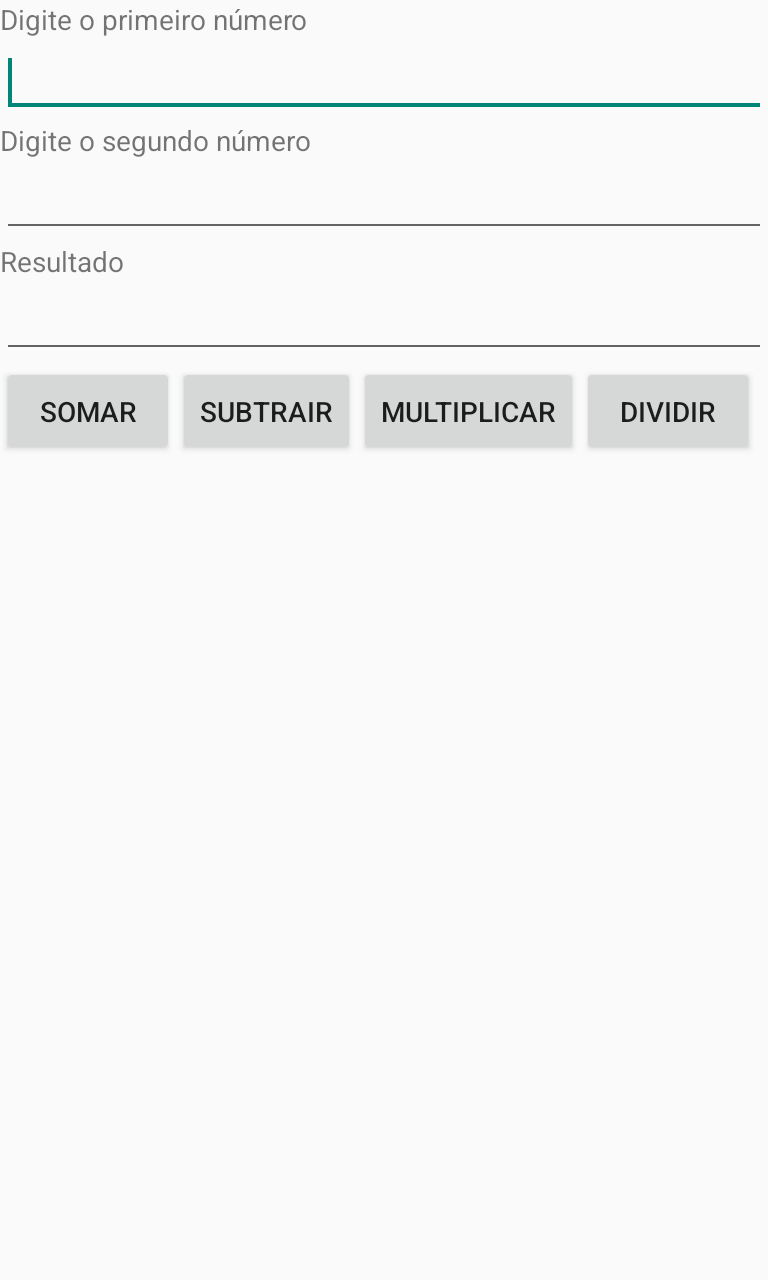
Repository: LucasSampaio/SysPizza-PSI
Layout: CodigoFonte/MOBILE/Calculadora_Neri/res/layout/activity_calculadora.xml
An editor plug-in stored every save of this project. The layout is shown before and after the next save, followed by the edit.
It is drawn on a 768 x 1280 px phone screen (xhdpi) without system bars, with theme AppTheme; the app's code is not run.

Above is the layout before, as saved 2014-09-04 19:16:00.

### CodigoFonte/MOBILE/Calculadora_Neri/res/layout/activity_calculadora.xml
<LinearLayout xmlns:android="http://schemas.android.com/apk/res/android"
    xmlns:tools="http://schemas.android.com/tools"
    android:orientation="vertical"
    android:layout_width="match_parent"
    android:layout_height="match_parent">

    <TextView
        android:layout_width="wrap_content"
        android:layout_height="wrap_content"
        android:text="Digite o primeiro número" />

    <EditText
        android:id="@+id/etNum01"
        android:layout_width="match_parent"
        android:layout_height="wrap_content"
        android:ems="10" >

        <requestFocus />
    </EditText>

    <TextView
        android:id="@+id/textView1"
        android:layout_width="wrap_content"
        android:layout_height="wrap_content"
        android:text="Digite o segundo número" />

    <EditText
        android:id="@+id/etNum02"
        android:layout_width="match_parent"
        android:layout_height="wrap_content"
        android:ems="10" />

    <TextView
        android:id="@+id/textView"
        android:layout_width="wrap_content"
        android:layout_height="wrap_content"
        android:text="Resultado" />

    <EditText
        android:id="@+id/etResultado"
        android:layout_width="fill_parent"
        android:layout_height="wrap_content"
        android:ems="10" />
    <LinearLayout
	    android:orientation="horizontal"
	    android:layout_width="wrap_content"
	    android:layout_height="wrap_content">

	    <Button
	        android:id="@+id/btnSomar"
	        android:layout_width="wrap_content"
	        android:layout_height="wrap_content"
	        android:text="Somar" />
	    <Button
	        android:id="@+id/btnSubtrair"
	        android:layout_width="wrap_content"
	        android:layout_height="wrap_content"
	        android:text="Subtrair" />
	    <Button
	        android:id="@+id/btnMultiplicar"
	        android:layout_width="wrap_content"
	        android:layout_height="wrap_content"
	        android:text="Multiplicar" />
	    <Button
	        android:id="@+id/btnDividir"
	        android:layout_width="wrap_content"
	        android:layout_height="wrap_content"
	        android:text="Dividir" />
	</LinearLayout>

</LinearLayout>

Loaded but not shown: CodigoFonte/MOBILE/Calculadora_Neri/res/values/styles.xml (common file); CodigoFonte/MOBILE/Calculadora_Neri/res/values-v11/styles.xml (common file); CodigoFonte/MOBILE/Calculadora_Neri/res/values-v14/styles.xml (common file)

After the next save:
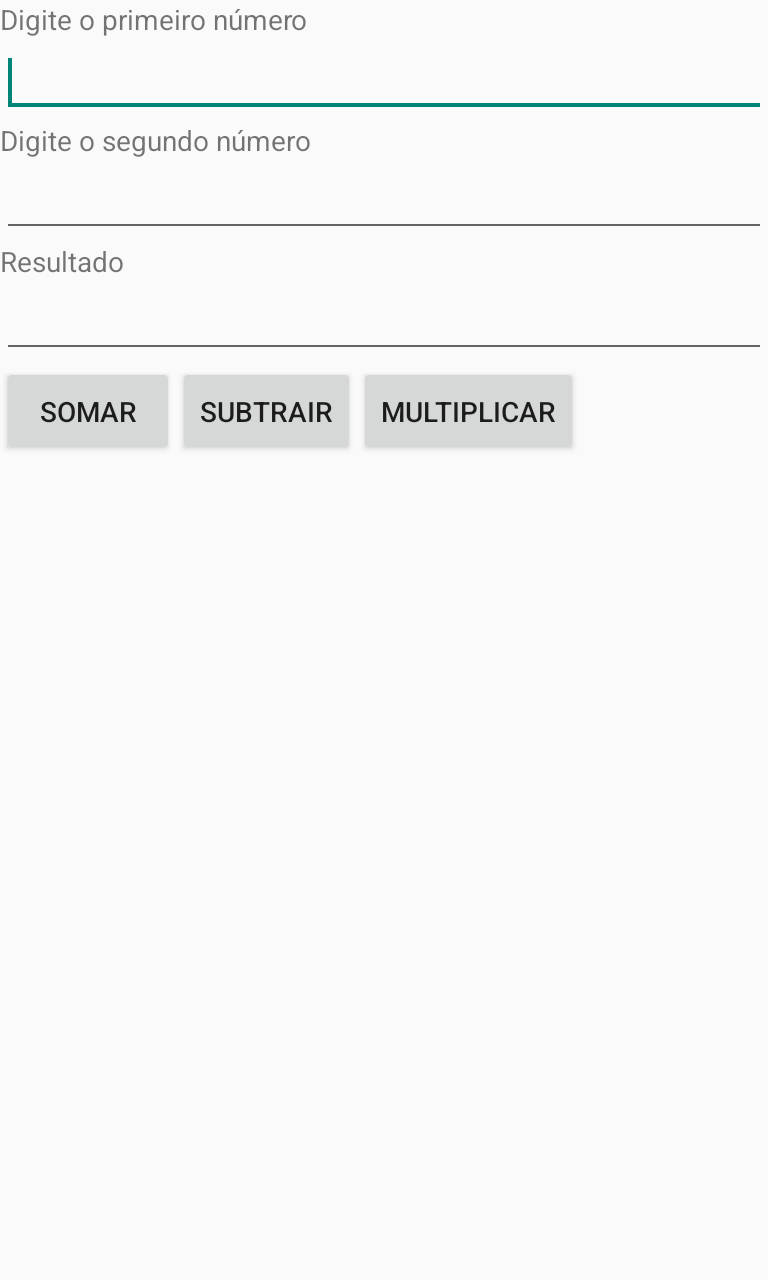
Saved 62 s later.
--- a/CodigoFonte/MOBILE/Calculadora_Neri/res/layout/activity_calculadora.xml
+++ b/CodigoFonte/MOBILE/Calculadora_Neri/res/layout/activity_calculadora.xml
@@ -64,7 +64,7 @@
 	    <Button
 	        android:id="@+id/btnDividir"
 	        android:layout_width="wrap_content"
-	        android:layout_height="wrap_content"
+
 	        android:text="Dividir" />
 	</LinearLayout>
 

After the 2 saves that followed:
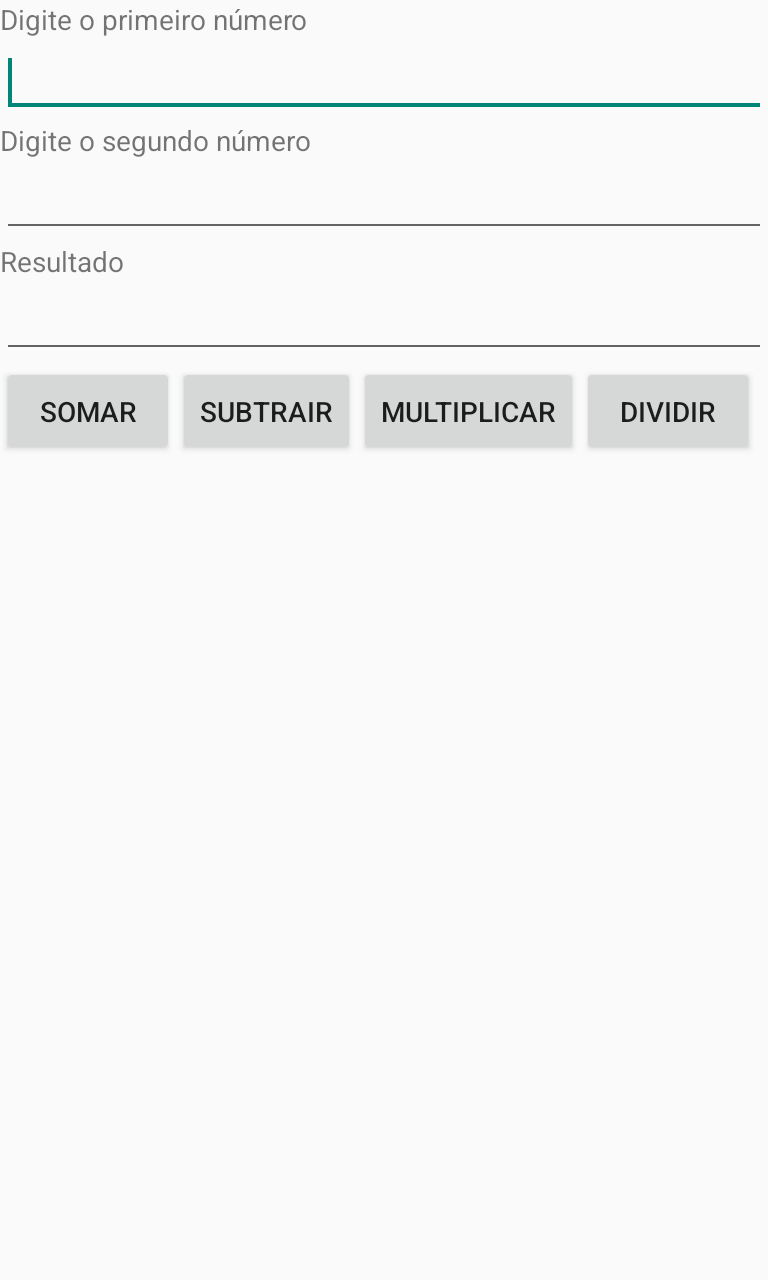
The 2 saves are shown as one change because 1 left the picture as it was.
The last was saved 38 s later.
--- a/CodigoFonte/MOBILE/Calculadora_Neri/res/layout/activity_calculadora.xml
+++ b/CodigoFonte/MOBILE/Calculadora_Neri/res/layout/activity_calculadora.xml
@@ -64,7 +64,7 @@
 	    <Button
 	        android:id="@+id/btnDividir"
 	        android:layout_width="wrap_content"
-
+	        android:layout_height="match_parent"
 	        android:text="Dividir" />
 	</LinearLayout>
 
